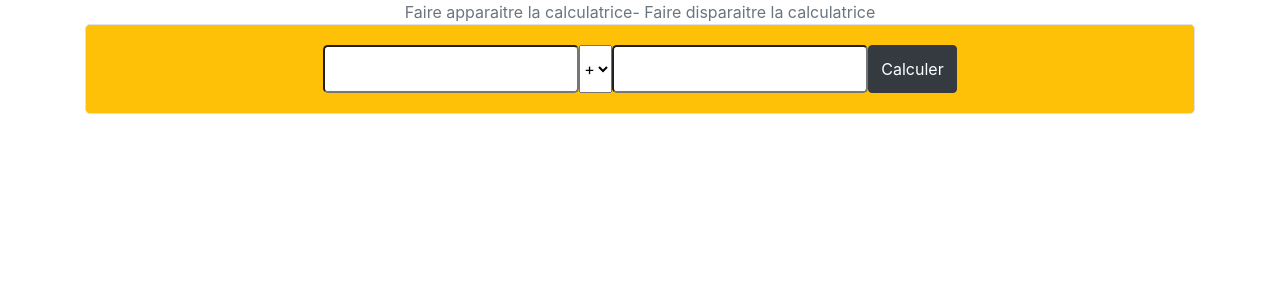
Repository: julieLyM/calculatrice
Page: calculatrice.html
An editor plug-in stored every save of this project. The page is shown before and after a run of saves, followed by the edit.
The browser window is 1280 px wide. The pictures show the whole page.

Above is the page before, as saved 2020-12-08 14:58:01.

### calculatrice.html
<!DOCTYPE html>
<html lang="fr">
  <head>
    <meta charset="UTF-8">
    <meta name="viewport" content="width=device-width, initial-scale=1.0">
		<link rel="stylesheet" href="https://cdn.jsdelivr.net/npm/bootstrap@4.5.3/dist/css/bootstrap.min.css" integrity="sha384-TX8t27EcRE3e/ihU7zmQxVncDAy5uIKz4rEkgIXeMed4M0jlfIDPvg6uqKI2xXr2" crossorigin="anonymous">

    <title>exercice calculatrice</title>
  </head>
  <body>
    <div class="container-fluid">
      <div class="container">

        <div class="row justify-content-center" style="margin: 0 auto; text-align:center">
            <span class="text-secondary" id="appear" >Faire apparaitre la calculatrice </span>
            <span class="text-secondary" id="disapear">- Faire disparaitre la calculatrice</span>
        </div>


        <div class="row justify-content-center border bg-warning w-100 rounded-lg" id="blocki"  style="padding: 20px;margin: 0px auto; text-align:center">

          <input type="text" class="rounded-lg" value="" id="nombre1">

          <select name="calcul" id="operateur">
            <option>+</option>
            <option>-</option>
            <option>*</option>
            <option>/</option>
          </select>

          <input type="text" class="rounded-lg" value="" id="nombre2">
          <br>
          <br>
          <button type="button" class="btn btn-dark" id="calculer">Calculer</button>
          <br>

          <br>
    </div>
    <div class="row">
      <div id="message" class="w-100"></div>
    </div>
  </div>
</div>
    <!--APPEL JQUERY-->
		<script src="https://code.jquery.com/jquery-3.5.1.min.js" integrity="sha256-9/aliU8dGd2tb6OSsuzixeV4y/faTqgFtohetphbbj0=" crossorigin="anonymous"></script>
		<script src="https://cdn.jsdelivr.net/npm/bootstrap@4.5.3/dist/js/bootstrap.bundle.min.js" integrity="sha384-ho+j7jyWK8fNQe+A12Hb8AhRq26LrZ/JpcUGGOn+Y7RsweNrtN/tE3MoK7ZeZDyx" crossorigin="anonymous"></script>
    <!--NOTRE CODE JS-->
    <script src="calculatrice.js"></script>
  </body>
</html>

### calculatrice.js
//Etapes :
// --------
// - faire une page html
// - créer deux input type text avec deux id différent pour la saisie des valeurs
// - créer un select avec un id pour proposer les différents opérateurs. (+-*/    ** %)
// - créer un bouton avec un id pour lancer le calcul (button, span)

// Avec js :
// ---------
// - lors du click  sur le bouton (evenement) :
// - récupérer les deux saisies des champs text et l'opérateur selectionné

// - il peut être important de passer les saisies dans un parseFloat() pour les transformer en type number
// - declencher le calcul des saisies selon  l'opérateur avec un if qui va tester l'opérateur pour déclencher l'opération.
// - afficher l'opération avec le résultat.

// Pour aller plus loin :
// ----------------------
// - essayer de donner la possibilité de faire apparaitre ou disparaitre la calculatrice

$(document).ready(function () {

  $('#appear').on('click', function () {
    $('#blocki').slideDown(1000);
  });


  $("#afficher").on('click', function () {
    $('#blockCalculatrice').slideDown(1000);
  });

  // Cacher la  calculatrice :
  $("#cacher").on('click', function () {
    $('#blockCalculatrice').slideUp(1000);
  });



  $('#calculer').on('click', function () {
    var value1 = $('#nombre1').val();
    var signe = $('#operateur').val();
    var value2 = $('#nombre2').val();

    value1 = parseFloat(value1);
    value2 = parseFloat(value2);
    var resultat = '';

    if (signe == '+') {
      resultat = alert(value1 + signe + value2 + ' = ' + (value1 + value2));
    } else if (signe == '-') {
      resultat = alert(value1 + signe + value2 + ' = ' + (value1 - value2));
    } else if (signe == '*') {
      resultat = alert(value1 + signe + value2 + ' = ' + value1 * value2);
    } else if (signe == '/') {
      resultat = alert(value1 + signe + value2 + ' = ' + value1 / value2);
    }
  });

  $('#nombre1', '#nombre2').on('mouseover', function () {
    $('#message').html(
      `<div style="background-color: pink;color: white; padding:20px">Saisir un chiffre</div>`
    );
  });
  $('#nombre1', '#nombre2').on('mouseout', function () {
    $('#message').html('');
  });

  $('#operateur').on('mouseover', function () {
    $('#message').html(
      `<div style="background-color: pink;color: white; padding:20px">Saisir un opérateur + - / *</div>`
    );
  });
  $('#operateur').on('mouseout', function () {
    $('#message').html('');
  });
});

After the next 2 saves:
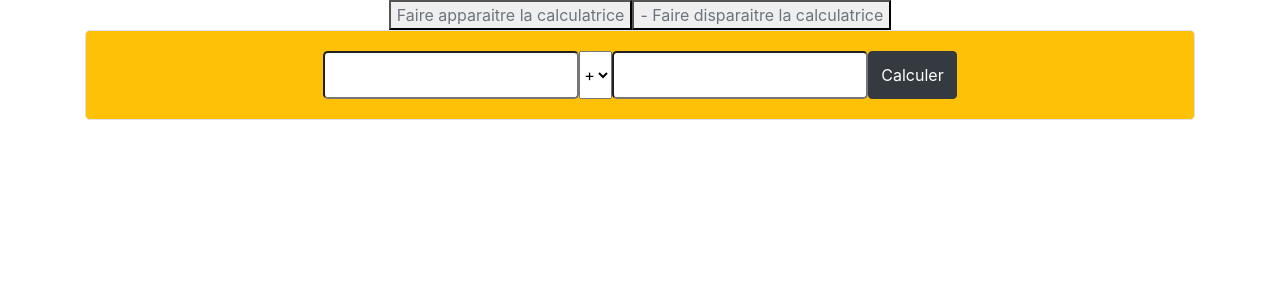
The 2 saves are shown as one change because they came seconds apart.
The last was saved 27 s later.
--- a/calculatrice.html
+++ b/calculatrice.html
@@ -12,8 +12,8 @@
       <div class="container">
 
         <div class="row justify-content-center" style="margin: 0 auto; text-align:center">
-            <span class="text-secondary" id="appear" >Faire apparaitre la calculatrice </span>
-            <span class="text-secondary" id="disapear">- Faire disparaitre la calculatrice</span>
+            <button class="text-secondary" id="appear" >Faire apparaitre la calculatrice </button>
+            <button class="text-secondary" id="disapear">- Faire disparaitre la calculatrice</button>
         </div>
 
 
